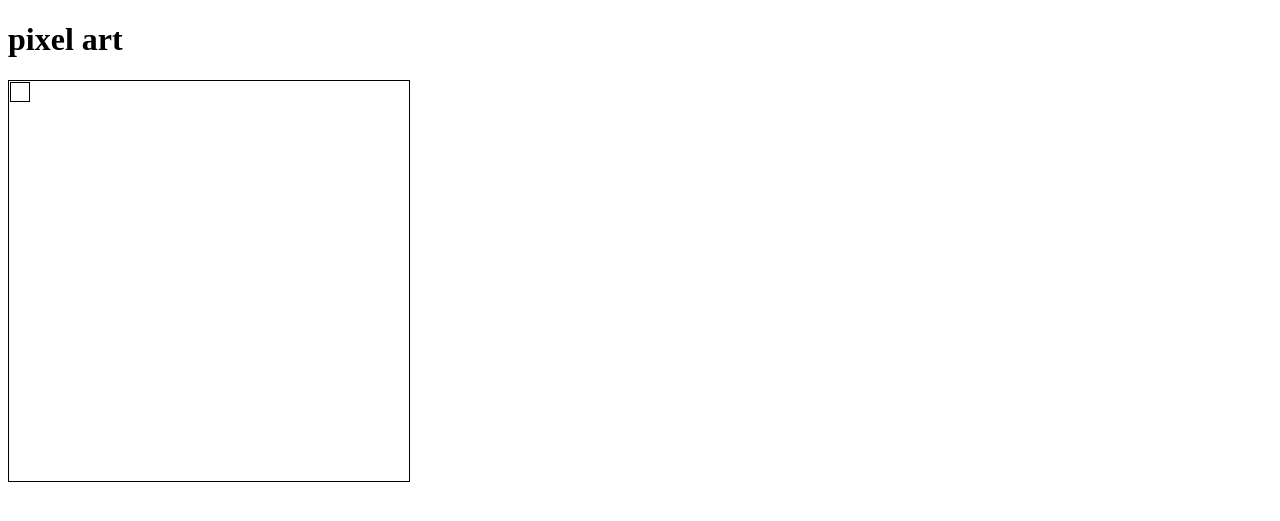
Repository: bechara611/pixelartdb
Page: /
An editor plug-in stored every save of this project. The page is shown before and after the next save, followed by the edit.
The browser window is 1280 px wide. The pictures show the whole page.
The project was rebuilt for these pictures with package versions that can differ from the ones it lists, and the page was loaded fresh each time. Also part of the build but not shown: vite.config.js.

Above is the page before, as saved 2023-03-05 20:29:03.

After the next save:
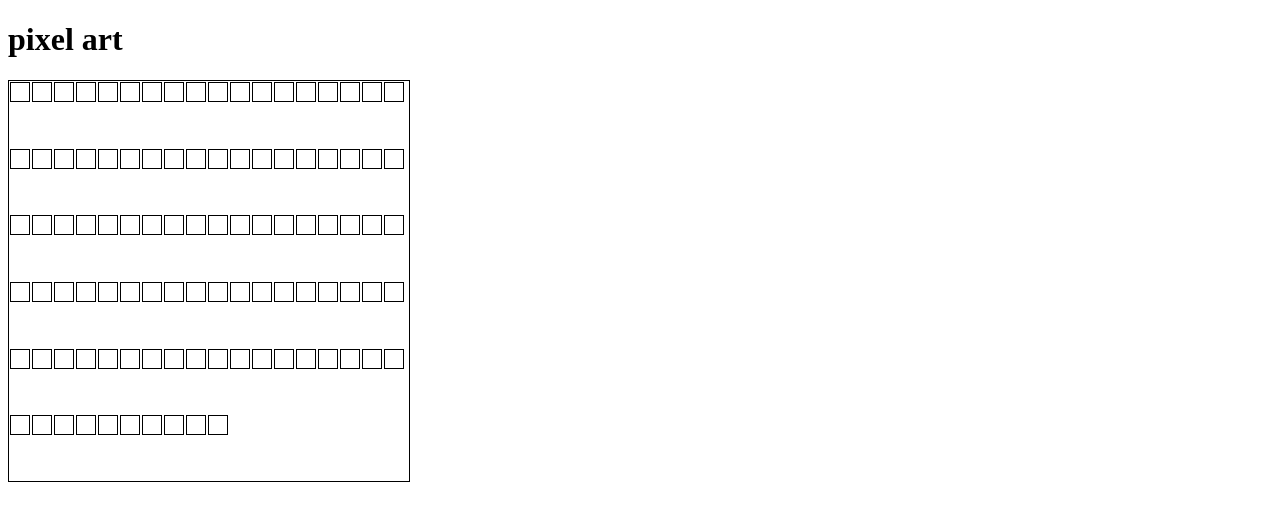
Saved 26 s later.
--- a/src/App.jsx
+++ b/src/App.jsx
@@ -17,7 +17,7 @@ console.log(contenedor.offsetHeight)
 console.log(contenedor.offsetWidth)
 let row = Math.ceil(contenedor.offsetHeight/10)
 let col = Math.ceil(contenedor.offsetWidth/10);
-setPixels(Array.from({length:1}))
+setPixels(Array.from({length:100}))
 }, [])
 
 const funcionArray=(index)=>{
